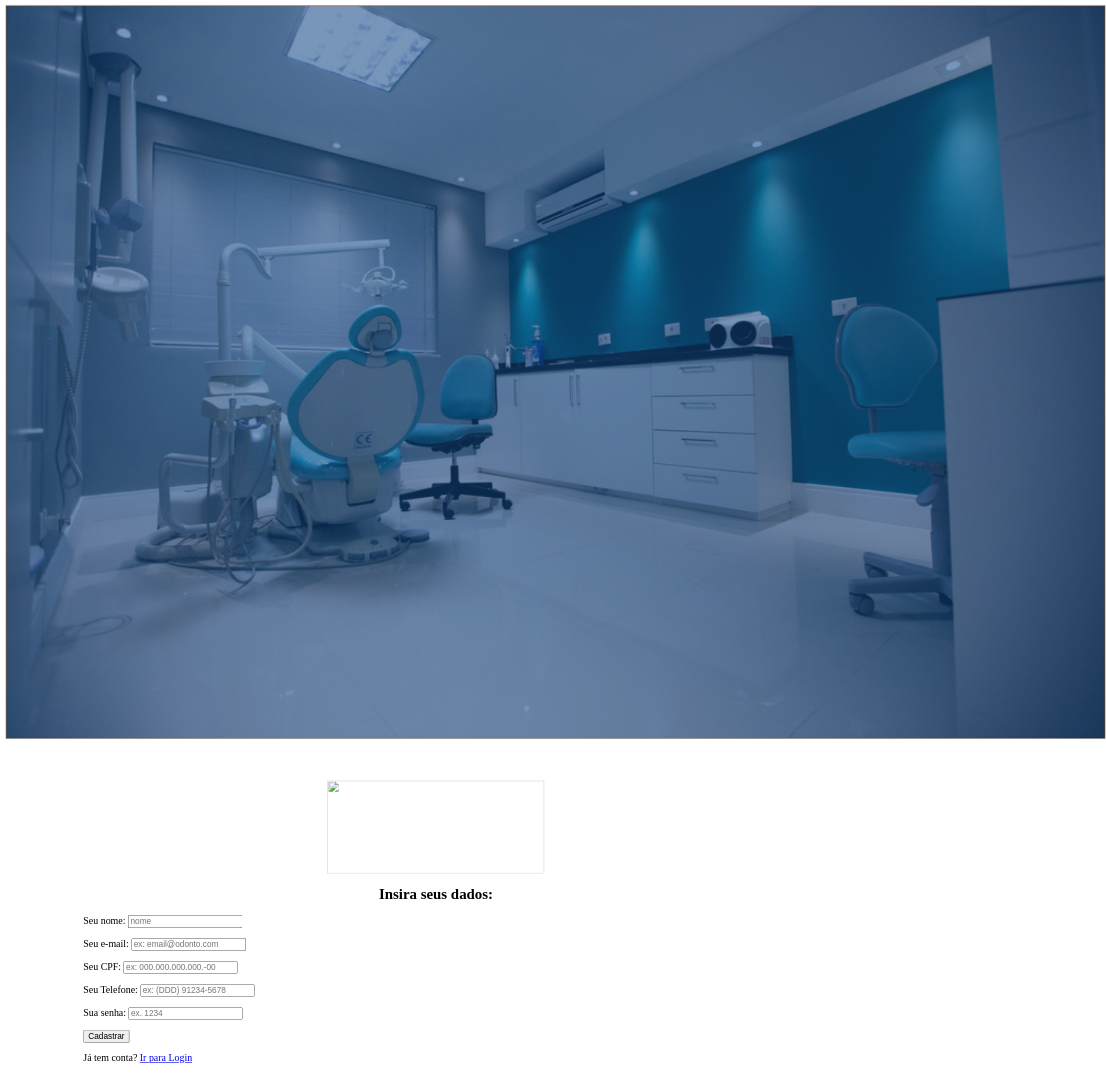
Repository: evelynsa/OdontoTotal_LP2
Page: http://localhost/OdontoTotal/Cadastro.jsp
These files come from the project's save history. The page is drawn as it stood at one moment and after the next save; the edit follows.
The browser window is 1280 px wide. The page is 1784 px wide, so the pictures cover 1784 px, including what lies to the right of the window. The pictures show the whole page, at 62% of full size.
The page is served by Tomcat 9.

Above is the page before, as saved 2020-02-13 02:07:09.
Not found: OdontoTotal/OdontoTotal/ODONTOCADASTRO.png
Not found: OdontoTotal/OdontoTotal/css1.css

After the next save:
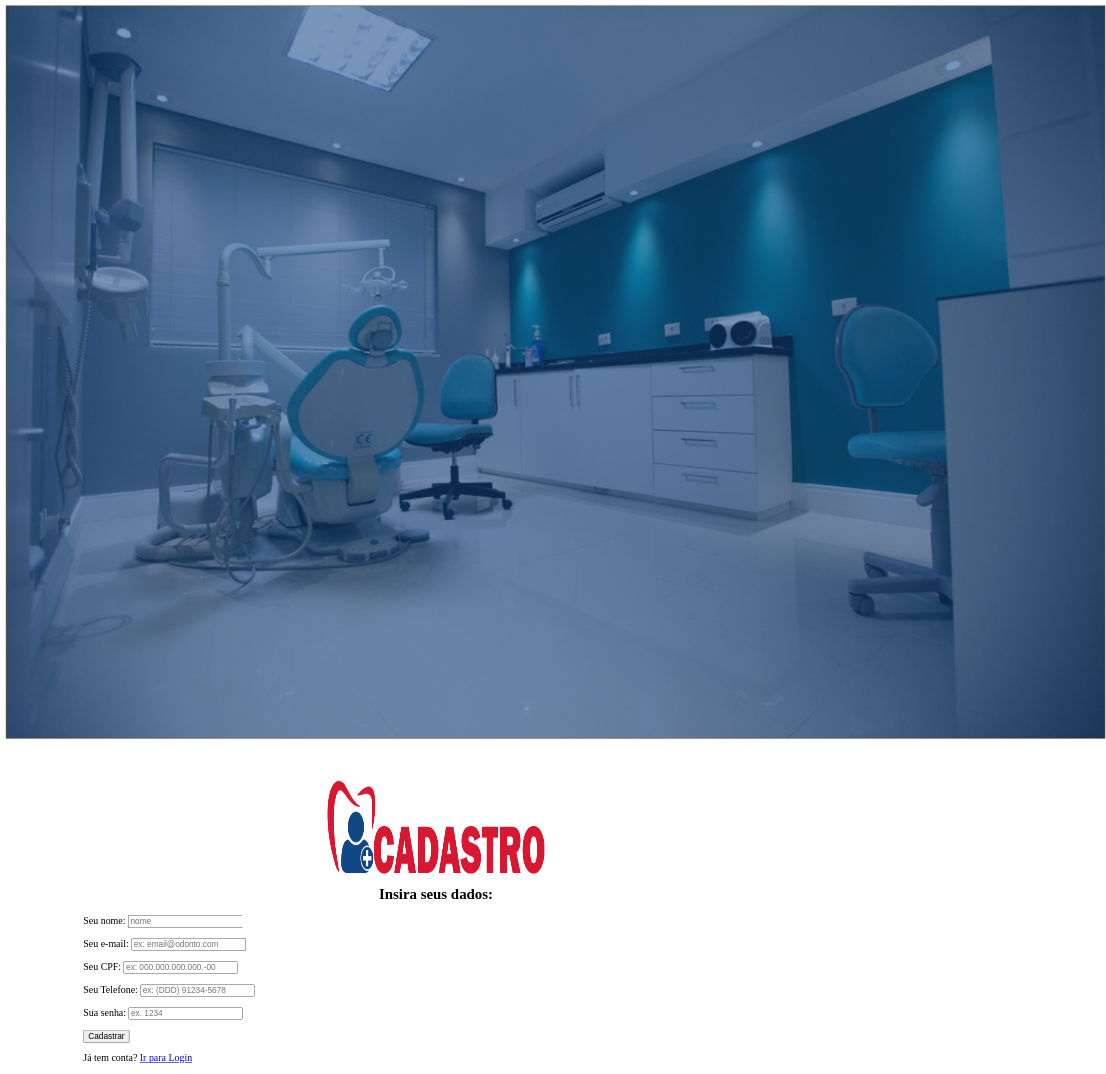
Saved 40 s later.
--- a/OdontoTotal/WebContent/Cadastro.jsp
+++ b/OdontoTotal/WebContent/Cadastro.jsp
@@ -13,7 +13,7 @@
       <div id="cadastro" style="margin-top: 5%;margin-left: 10%">
 
           <!--img vspace="35px" hspace="15px"-->
-          <center><img id = "loginha" align="center" width="350" height="150" src="ODONTOCADASTRO.png" />
+          <center><img id = "loginha" align="center" width="350" height="150" src="imagens/ODONTOCADASTRO.png" />
 
 
           <h2>Insira seus dados:</h2> </center>
